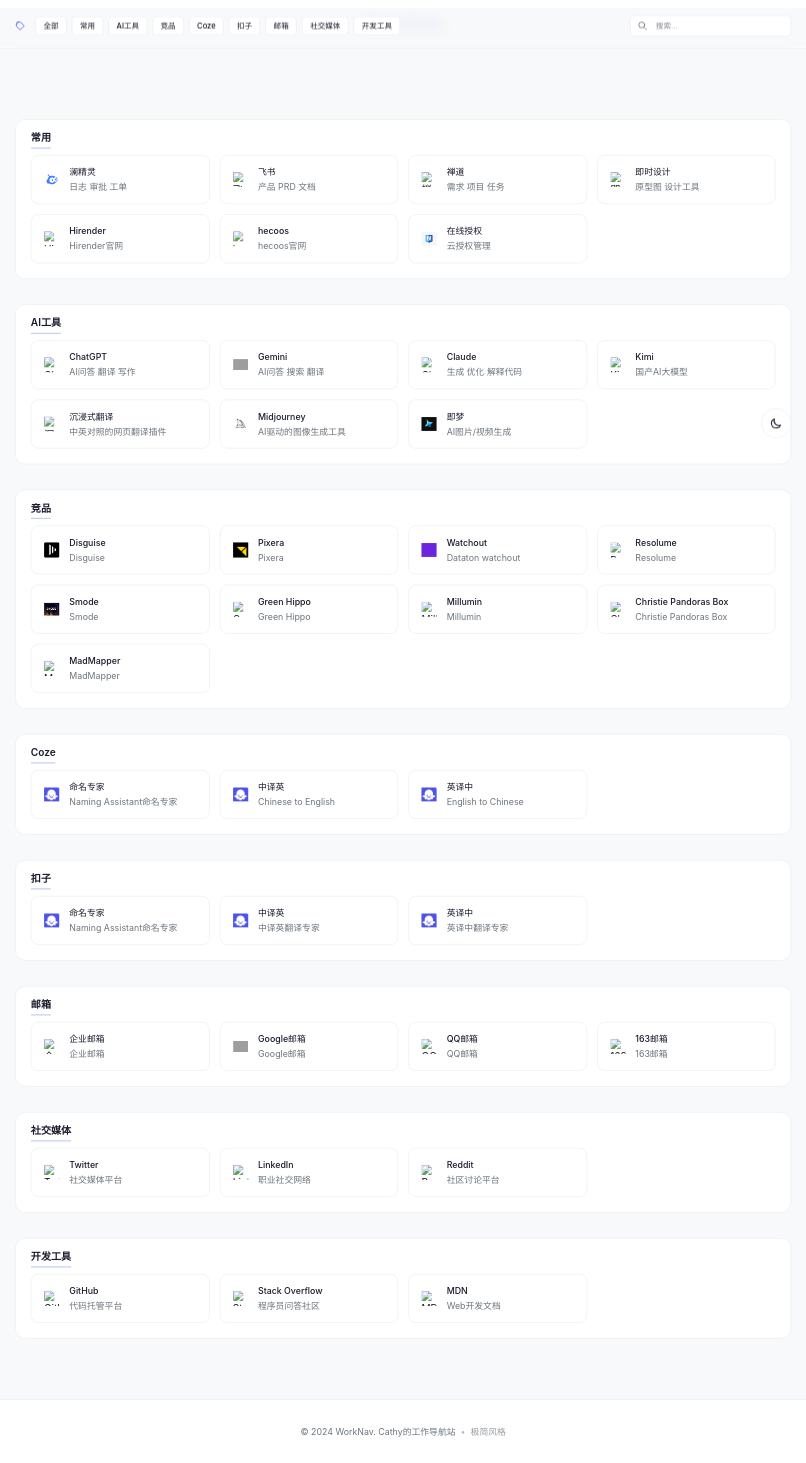
Repository: SweetPomelo0/WorkNav
Page: /
An editor plug-in stored every save of this project. The page is shown before and after the next save, followed by the edit.
The browser window is 1280 px wide. The pictures show the whole page, at 63% of full size.
Pictures or frames that could not be fetched are drawn as grey boxes. The project was rebuilt for these pictures with package versions that can differ from the ones it lists, and the page was loaded fresh each time. The framework's server and built-in components were replaced by stand-ins that run in the browser. Also part of the build but not shown: next.config.ts.

Above is the page before, as saved 2025-07-26 23:34:33.

After the next save:
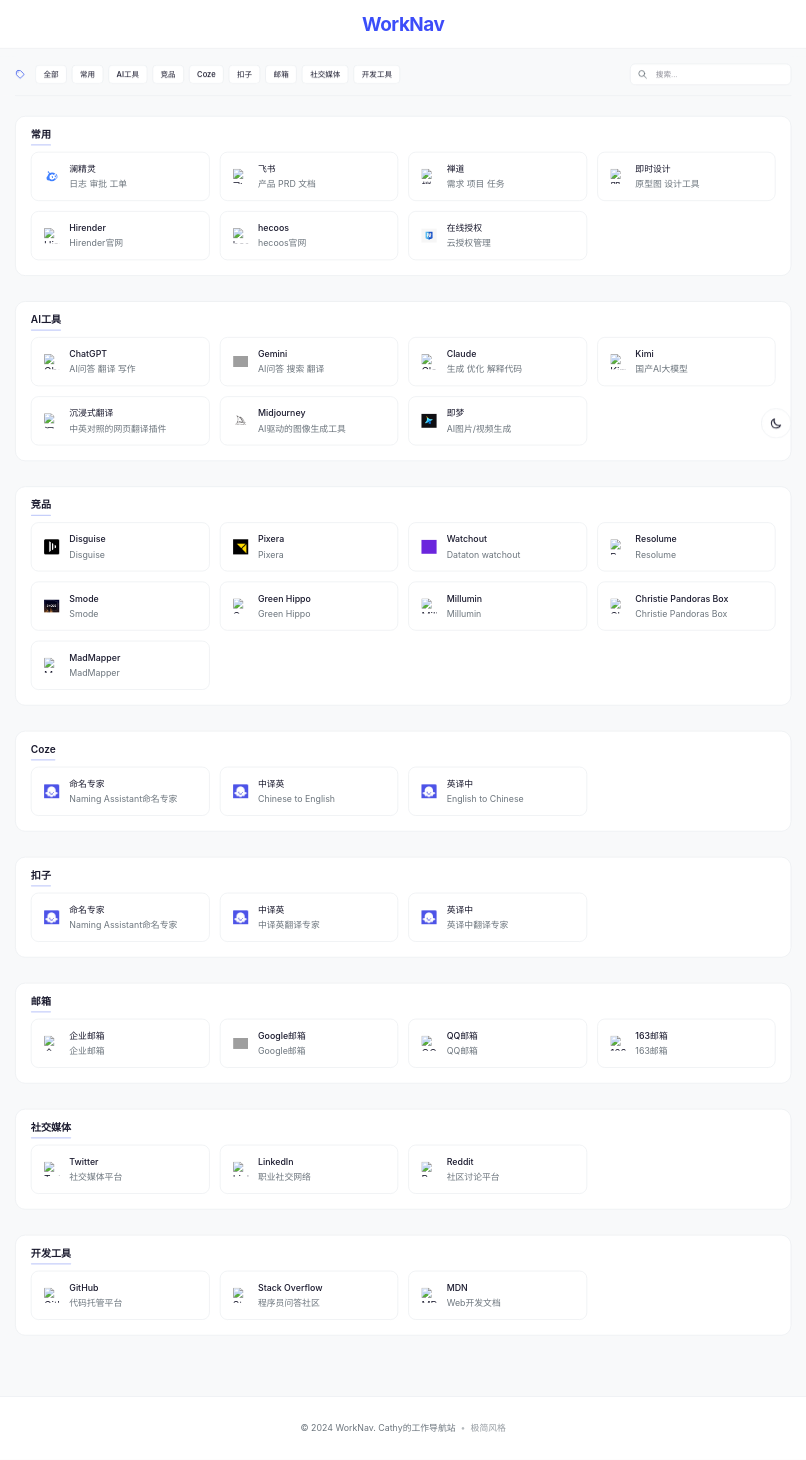
Saved 13 s later.
--- a/src/app/page.tsx
+++ b/src/app/page.tsx
@@ -147,7 +147,7 @@
       </header>
 
       {/* Category Navigation */}
-      <div className="fixed top-0 left-0 right-0 z-10 mt-3 category-nav-container" style={{ background: 'rgba(var(--background-rgb), 0.9)', backdropFilter: 'blur(10px)' }}>
+      <div className="sticky top-0 z-10 mt-3 category-nav-container" style={{ background: 'rgba(var(--background-rgb), 0.9)', backdropFilter: 'blur(10px)' }}>
         <div className="max-w-7xl mx-auto px-4 md:px-6 py-2 md:py-3 overflow-x-auto">
           <div className="flex items-center">
             <div className="flex-shrink-0 mr-3 md:mr-4">
@@ -373,7 +373,7 @@
       </div>
 
       {/* Main Content */}
-       <main className="max-w-7xl mx-auto px-6 py-8" style={{ marginTop: '80px' }}>
+       <main className="max-w-7xl mx-auto px-6 py-8">
          <div className="space-y-10">
            {categories
              .filter(category => selectedCategory === "全部" || category.title === selectedCategory)
